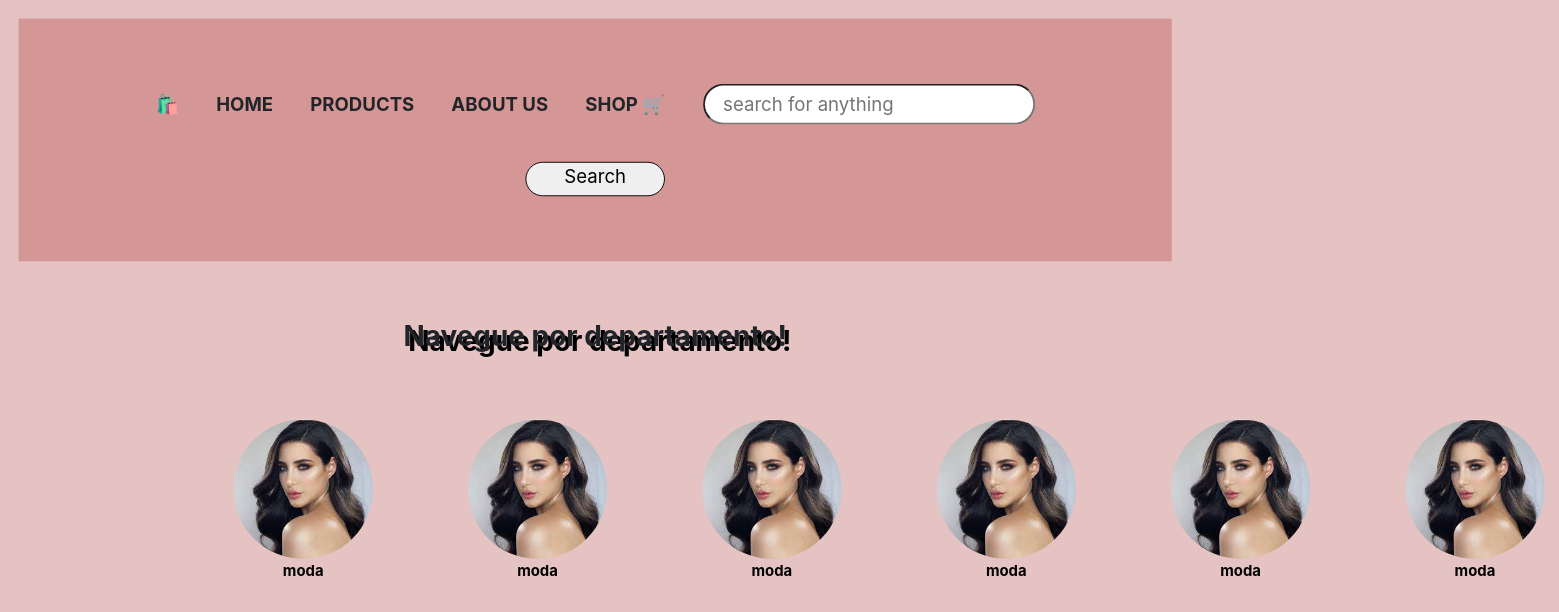
Repository: thf4/Project-Shop
Page: /
An editor plug-in stored every save of this project. The page is shown before and after the next save, followed by the edit.
The browser window is 1280 px wide. The page is 1676 px wide, so the pictures cover 1676 px, including what lies to the right of the window. The pictures show the whole page, at 93% of full size.
The project was rebuilt for these pictures with package versions that can differ from the ones it lists, and the page was loaded fresh each time.

Above is the page before, as saved 2021-04-22 16:00:47.

### src/index.js
import React from 'react';
import ReactDOM from 'react-dom';
import 'bootstrap/dist/css/bootstrap.min.css';
import App from './App'
import Exemplo from './Exemplo'

ReactDOM.render(
  <React.StrictMode>
   <App />
   <Exemplo />
  </React.StrictMode>,
  document.getElementById('root')
);

### src/App.js
/* eslint-disable jsx-a11y/anchor-is-valid */
import "./App.css";

function App() {
  return (
    <div className="App">
      <header className="App-header">
        <ul id="Lista">
          <li>🛍</li>
          <li> HOME </li>
          <li> PRODUCTS </li>
          <li> ABOUT US</li>
          <li> SHOP 🛒</li>
          <li>
            <input
              type="text"
              id="area-find"
              placeholder="search for anything"
            />
          </li>
          <li>
            <button id="button" for="input">
              Search
            </button>
          </li>
        </ul>

      </header>
    </div>
  );
}

export default App;

### src/Exemplo.js
import "./Exemplo.css";

const img =
  "data:[embedded picture, 8015 characters]";
const alt = "Area De Beleza";
const links = "#";
const nameSection = "moda";

function Exemplo() {
  return (
    <div>
      <h2>Navegue por departamento!</h2>
      <section className="list">
        <Foto />
        <Foto />
        <Foto />
        <Foto />
        <Foto />
        <Foto />
      </section>
    </div>
  );
}

const Foto = () => {
  return (
    <article className="foto-banner">
      <a className="link" href={links}>
        <img className="foto" src={img} alt={alt} /> {nameSection}
      </a>
    </article>
  );
};

export default Exemplo;

### src/App.css
*{
  margin:0;
  padding:0;
  box-sizing: border-box;
}



.App{
  width: 100%;
  height: auto;
  padding: 20px;
}
body{
  background:#a0171741;
}


#Lista{
  list-style-type: none;
  margin: 0;

  font-weight: bold;
  text-align: center;
  padding: 50px 50px;
}
li{
 display: inline-block;
 font-size: 20px;
 padding: 20px;

}
li:hover{
  color: rgb(209, 9, 59);
}
#button{
  border-radius: 30px;
  border-style: groove;
  border-width: 1px;
  height: 35px;
  width: 150px;
  padding-bottom:35px;
}

#area-find{
  padding:20px;
  border-radius: 50px;
  height: 40px;
  width: 100%;
}
#button:hover{
  border-style: hidden;
}
.App-header{

  background-color: #a0171741;
}

### src/Exemplo.css
.foto-banner{
width:180px;
padding: 10px;
border-radius: 20px;
margin: 20px;
text-align: center;


}
h2{
  padding: 10px 20px;
  margin: 2rem;
  font-weight: bold;
  font-size: 30px;
  text-align: center;
  text-shadow: 5px 5px black;
}
.foto{
  width: 150px;
  border-radius: 120px;
  border-style: hidden  ;

}
.link{
  font-weight: bold;
  color: black;
}
.foto-banner:hover{

border: solid 1px black;


}
.list{
  width: 90vw;
  max-width: 940px;
  margin: 1rem;

  padding-left: 200px;
  display: grid;
  gap: 2rem;
  list-style-type: none;
}
@media screen{
.list {
  grid-template-columns: repeat(6,1fr);
}


}

Loaded but not shown: public/index.html (common file)

After the next save:
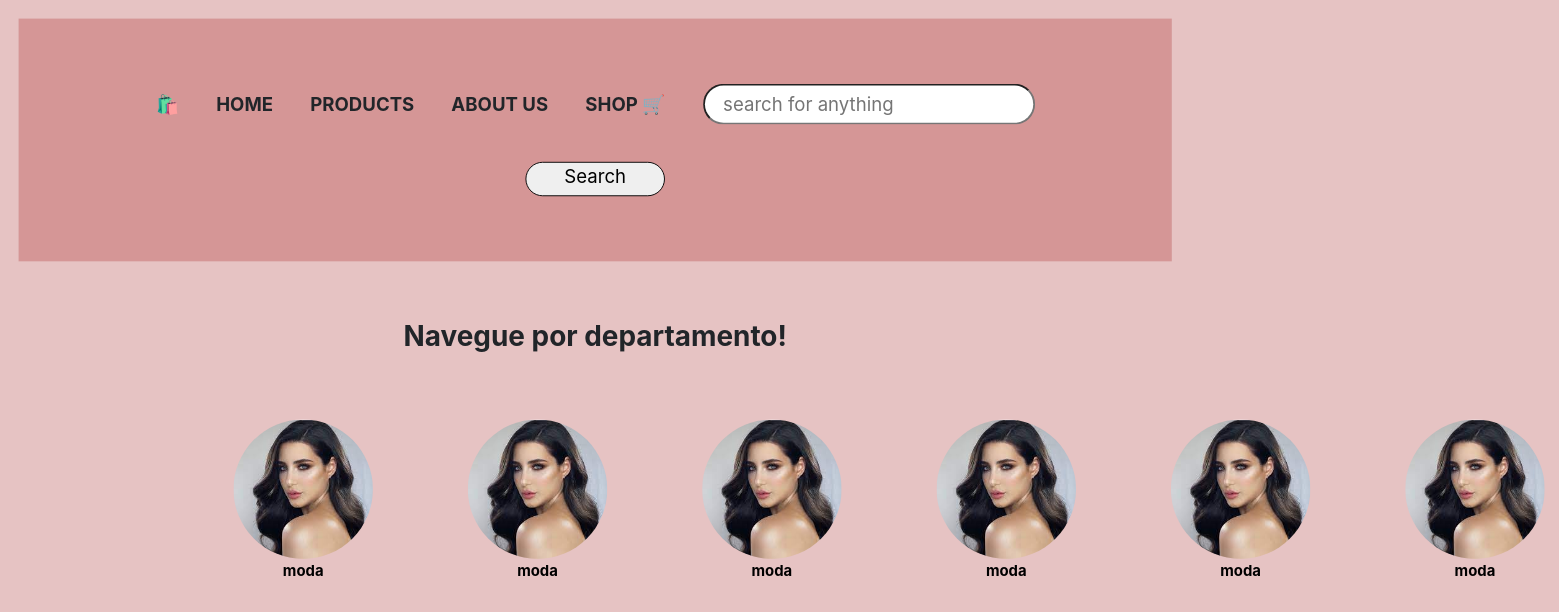
Saved 6 s later.
--- a/src/Exemplo.css
+++ b/src/Exemplo.css
@@ -13,7 +13,7 @@ h2{
   font-weight: bold;
   font-size: 30px;
   text-align: center;
-  text-shadow: 5px 5px black;
+
 }
 .foto{
   width: 150px;
